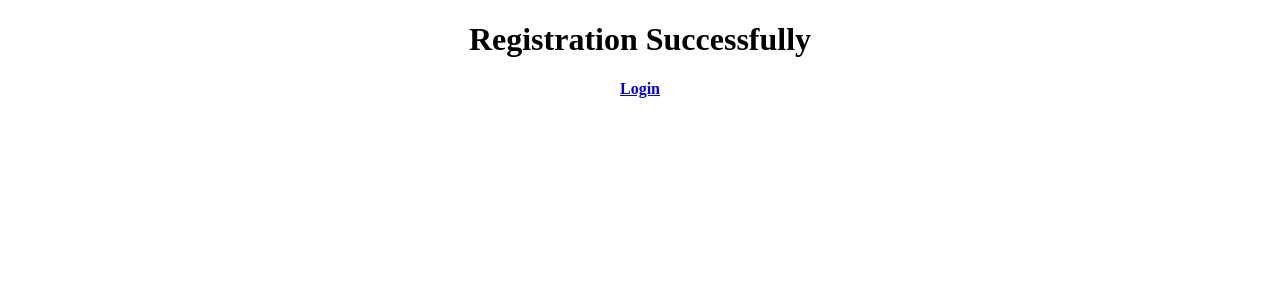
Repository: priyankamergu/MyAllProjects
Page: http://localhost/NewTrainingServlet/RegistrationSucc.jsp
These files come from the project's save history. The page is drawn as it stood at one moment and after the next save; the edit follows.
The browser window is 1280 px wide. The pictures show the whole page.
The page is served by Tomcat 9. Other server files are loaded and not shown.

Above is the page before, as saved 2019-11-07 08:55:56.

### Workspace_JEE7_WEB/NewTrainingServlet/WebContent/RegistrationSucc.jsp
<%@ page language="java" contentType="text/html; charset=ISO-8859-1"
    pageEncoding="ISO-8859-1"%>
<!DOCTYPE html>
<html>
<head>
<meta charset="ISO-8859-1">
<title>Insert title here</title>
</head>
<body>
<center>
<h1>Registration Successfully</h1>
<a href="Login.jsp"><b><u>Login</u></b></a>
</center>
</body>
</html>

After the next save:
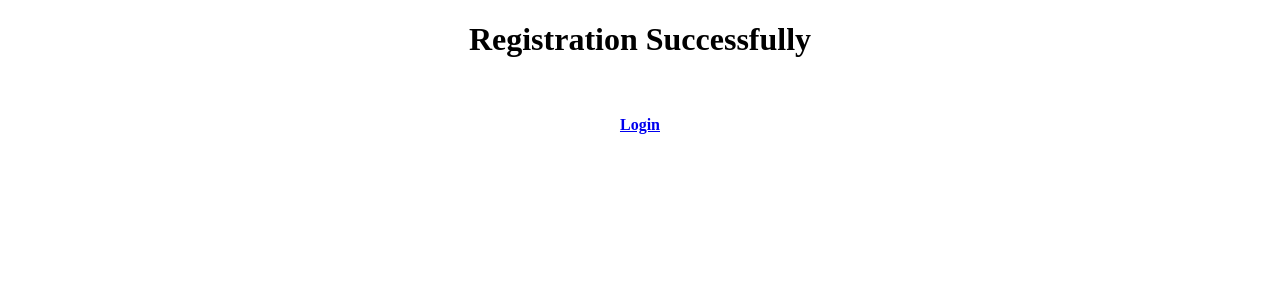
Saved 89 s later.
--- a/Workspace_JEE7_WEB/NewTrainingServlet/WebContent/RegistrationSucc.jsp
+++ b/Workspace_JEE7_WEB/NewTrainingServlet/WebContent/RegistrationSucc.jsp
@@ -8,7 +8,7 @@
 </head>
 <body>
 <center>
-<h1>Registration Successfully</h1>
+<h1>Registration Successfully</h1><br><br>
 <a href="Login.jsp"><b><u>Login</u></b></a>
 </center>
 </body>
